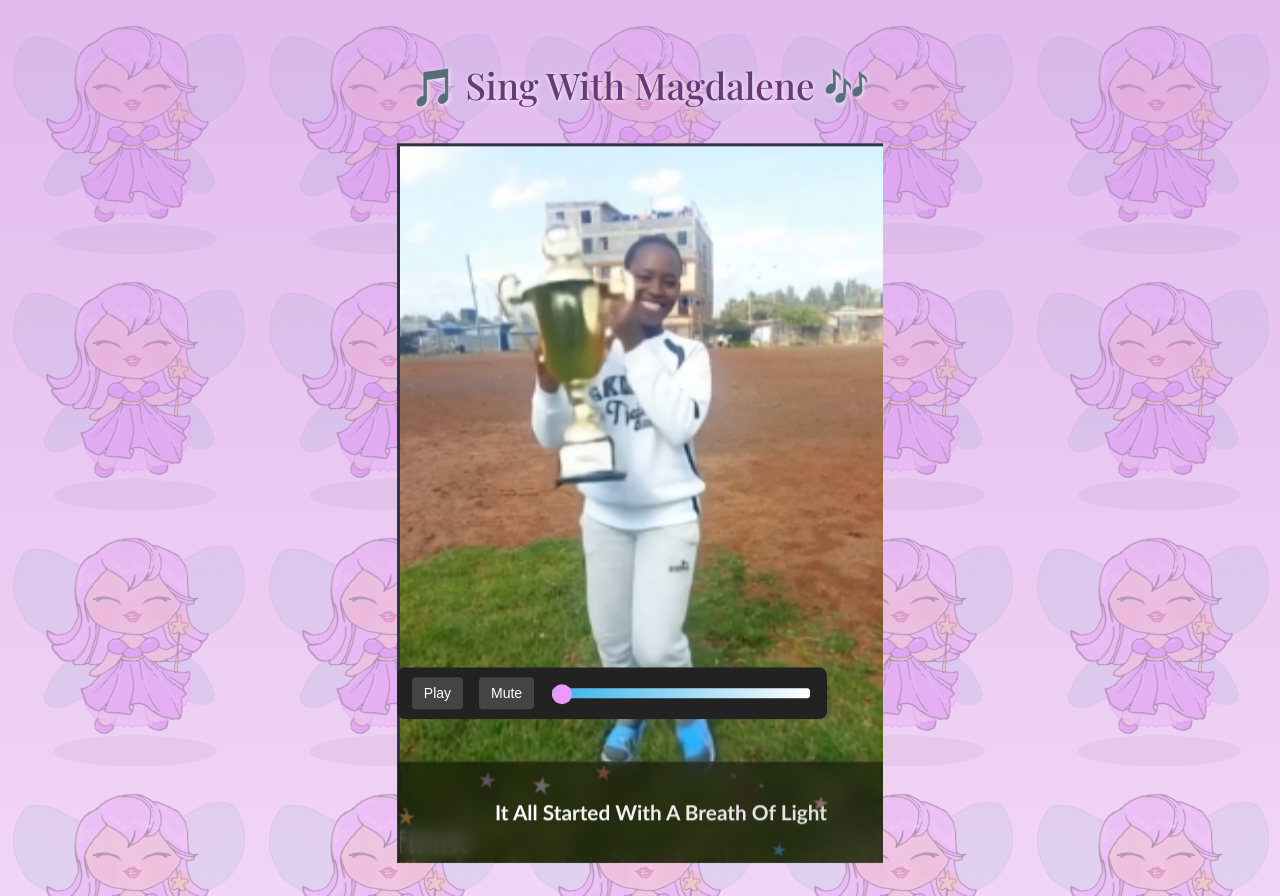
Repository: VladimirGagarin/Meg
Page: /song/beginning
An editor plug-in stored every save of this project. The page is shown before and after a run of saves, followed by the edit.
The browser window is 1280 px wide. The pictures show the whole page.
The project was rebuilt for these pictures with package versions that can differ from the ones it lists, and the page was loaded fresh each time. Also part of the build but not shown: vite.config.js, src/components/SongCard.css, src/components/SongCard.jsx, src/pages/HomeScreen.css, src/pages/HomeScreen.jsx. Imported but missing from the stored project, and not drawn on this page: src/assets/audios/IamMagdalene.mp3, src/assets/audios/The beginning.mp3, src/assets/audios/meg.mp3.

Above is the page before, as saved 2025-07-07 13:46:08.

After the next 2 saves:
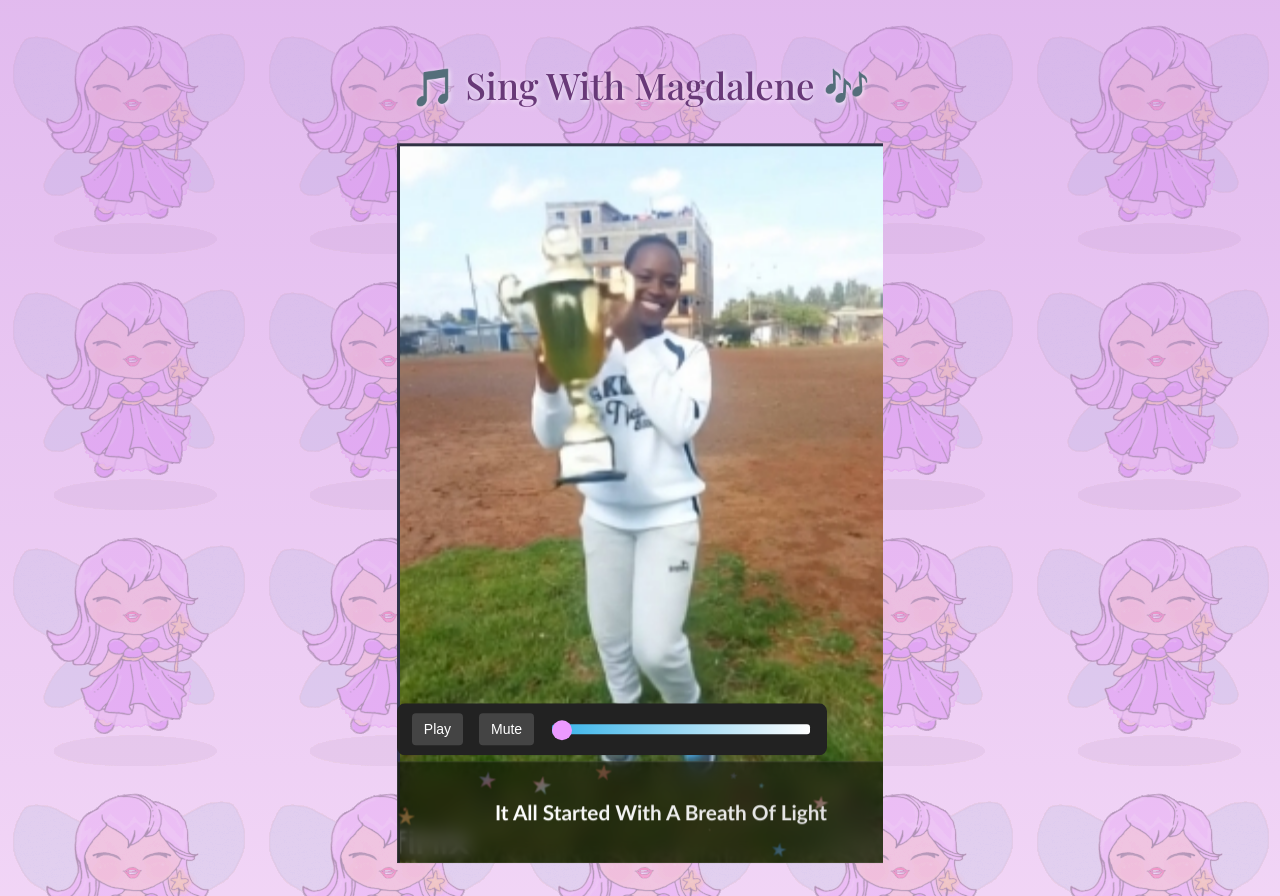
The 2 saves are shown as one change because they came seconds apart.
The last was saved 19 s later.
--- a/src/components/Controls.jsx
+++ b/src/components/Controls.jsx
@@ -104,7 +104,7 @@
     fontFamily: "'Segoe UI', Tahoma, Geneva, Verdana, sans-serif",
         position: "absolute",
         zIndex: 3,
-        bottom: "20%",
+        bottom: "15%",
         left: 0,
         right: 0,
 
